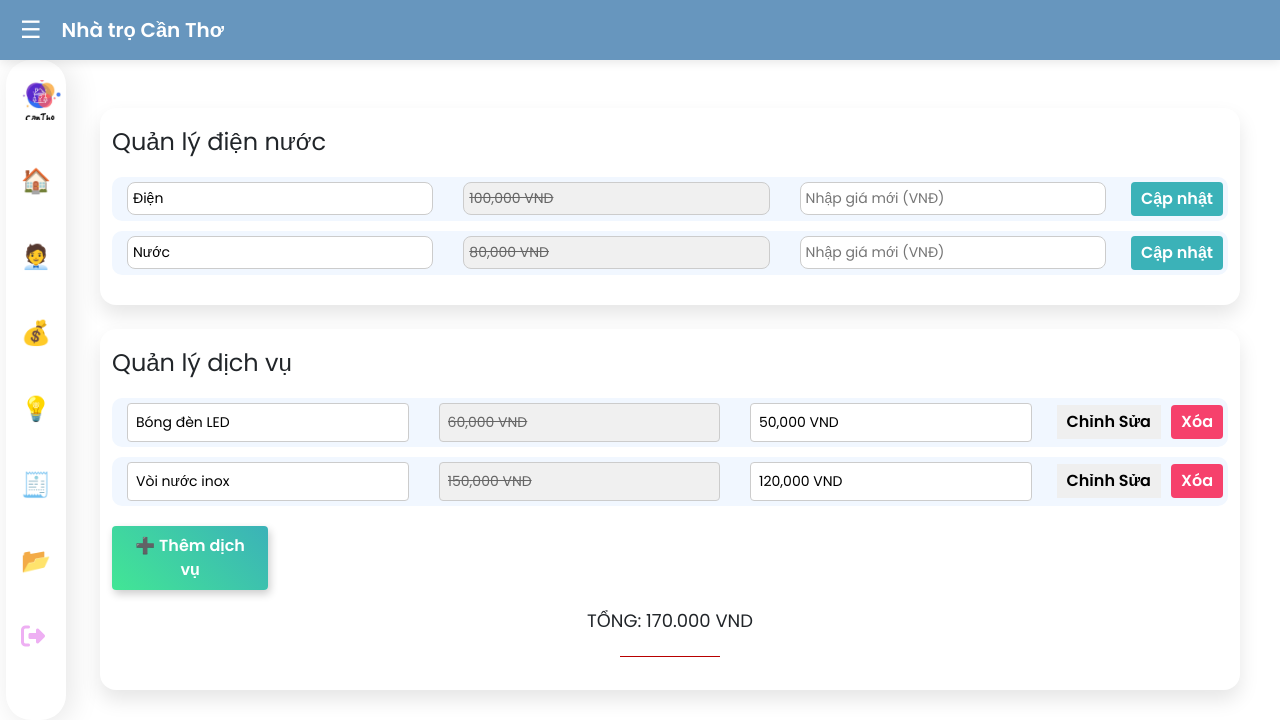
Repository: nhutty0402/DoAn02
Page: HTML/dichvu.html
The author's editor kept a copy of each file at every save. The page is drawn from the files as they stood at one save, then again after the next save.
The browser window is 1280 px wide. The pictures show the whole page.

Above is the page before, as saved 2025-03-21 00:13:32.

After the next save:
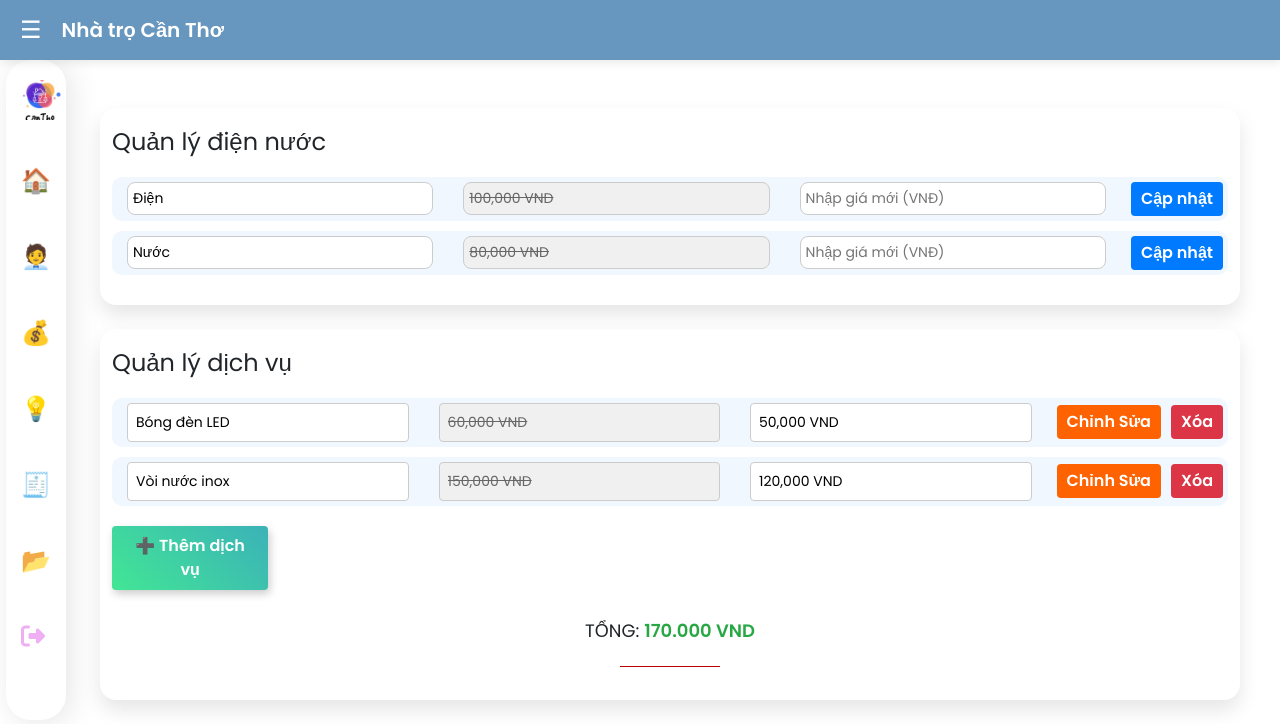
Saved 14 s later.
--- a/CSS/dichvu.css
+++ b/CSS/dichvu.css
@@ -513,3 +513,67 @@ input[readonly].old-price {
   font-size: 18px;
   margin-top: 20px;
 }
+.container {
+  max-width: 800px;
+  margin: 0 auto;
+  padding: 20px;
+}
+
+.cf-title-03 h3 {
+  font-size: 24px;
+  margin-bottom: 20px;
+}
+
+.service {
+  display: flex;
+  align-items: center;
+  gap: 10px;
+  margin-bottom: 10px;
+}
+
+.service input {
+  padding: 8px;
+  border: 1px solid #ccc;
+  border-radius: 4px;
+  width: 200px;
+}
+
+.btn-group {
+  display: flex;
+  gap: 5px;
+}
+
+.update-btn, .edit-btn, .delete-btn, .add-btn {
+  padding: 8px 15px;
+  border: none;
+  border-radius: 4px;
+  cursor: pointer;
+  color: white;
+}
+
+.edit-btn {
+  background-color: #ff6200; /* Màu cam cho nút "Chỉnh Sửa" */
+}
+
+.update-btn {
+  background-color: #007bff; /* Màu xanh dương cho nút "Cập Nhật" */
+}
+
+.delete-btn {
+  background-color: #dc3545; /* Màu đỏ cho nút "Xóa" */
+}
+
+.add-btn {
+  background-color: #28a745; /* Màu xanh lá cho nút "Thêm dịch vụ" */
+  margin: 10px 0;
+}
+
+.cf-title-01 h6 {
+  font-size: 18px;
+  margin-top: 20px;
+}
+
+#total-price {
+  color: #28a745;
+  font-weight: bold;
+}

After the save that followed:
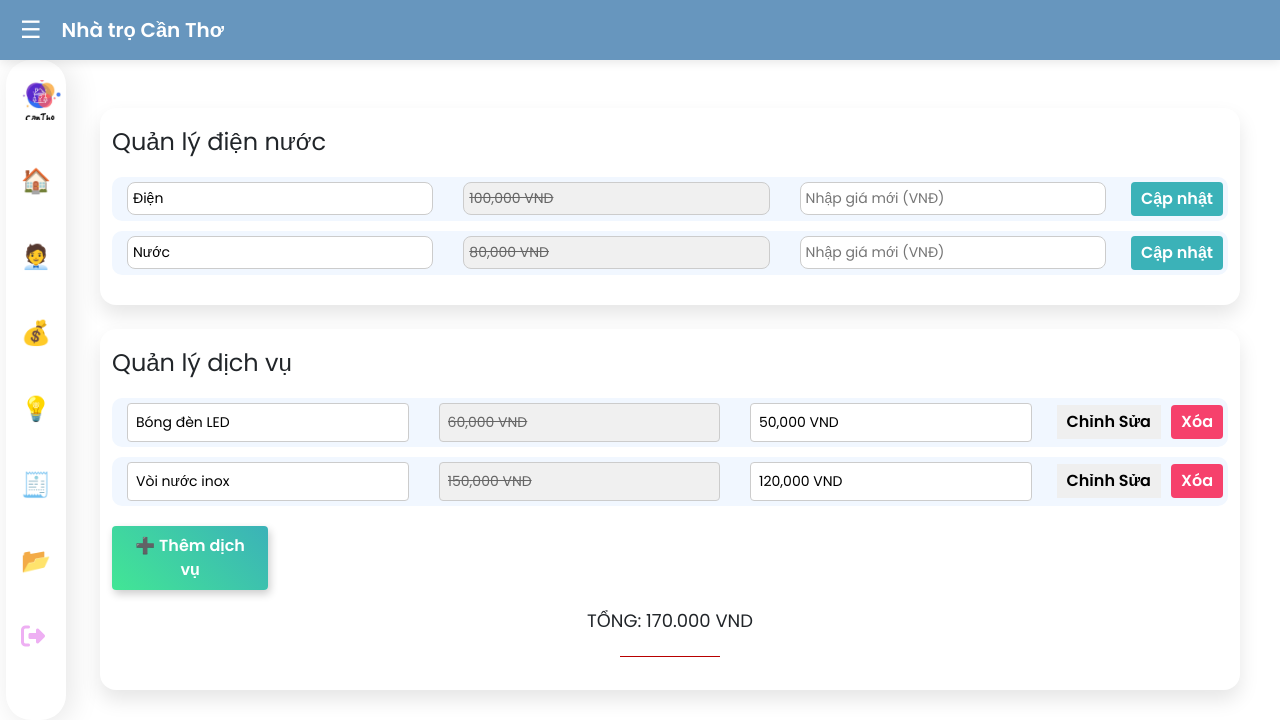
Saved 14 s later.
--- a/CSS/dichvu.css
+++ b/CSS/dichvu.css
@@ -513,67 +513,3 @@ input[readonly].old-price {
   font-size: 18px;
   margin-top: 20px;
 }
-.container {
-  max-width: 800px;
-  margin: 0 auto;
-  padding: 20px;
-}
-
-.cf-title-03 h3 {
-  font-size: 24px;
-  margin-bottom: 20px;
-}
-
-.service {
-  display: flex;
-  align-items: center;
-  gap: 10px;
-  margin-bottom: 10px;
-}
-
-.service input {
-  padding: 8px;
-  border: 1px solid #ccc;
-  border-radius: 4px;
-  width: 200px;
-}
-
-.btn-group {
-  display: flex;
-  gap: 5px;
-}
-
-.update-btn, .edit-btn, .delete-btn, .add-btn {
-  padding: 8px 15px;
-  border: none;
-  border-radius: 4px;
-  cursor: pointer;
-  color: white;
-}
-
-.edit-btn {
-  background-color: #ff6200; /* Màu cam cho nút "Chỉnh Sửa" */
-}
-
-.update-btn {
-  background-color: #007bff; /* Màu xanh dương cho nút "Cập Nhật" */
-}
-
-.delete-btn {
-  background-color: #dc3545; /* Màu đỏ cho nút "Xóa" */
-}
-
-.add-btn {
-  background-color: #28a745; /* Màu xanh lá cho nút "Thêm dịch vụ" */
-  margin: 10px 0;
-}
-
-.cf-title-01 h6 {
-  font-size: 18px;
-  margin-top: 20px;
-}
-
-#total-price {
-  color: #28a745;
-  font-weight: bold;
-}
